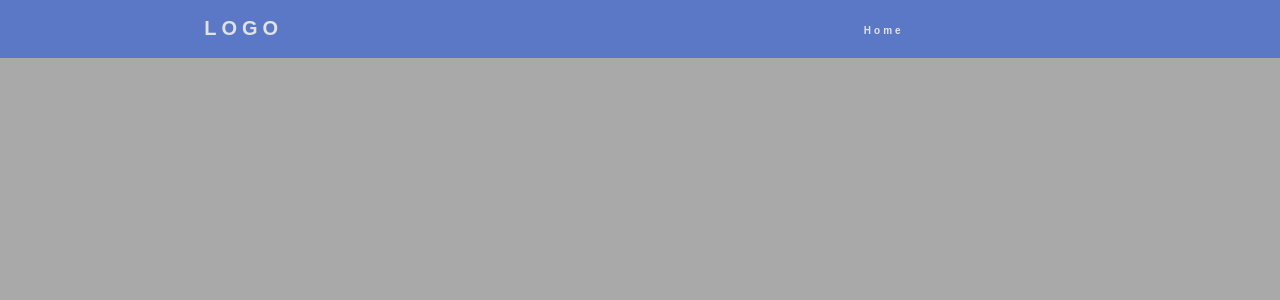
Repository: nourabdelhakam/drag-drop
Page: index.html
An editor plug-in stored every save of this project. The page is shown before and after the next save, followed by the edit.
The browser window is 1280 px wide. The pictures show the whole page.

Above is the page before, as saved 2020-07-03 06:56:17.

After the next save:
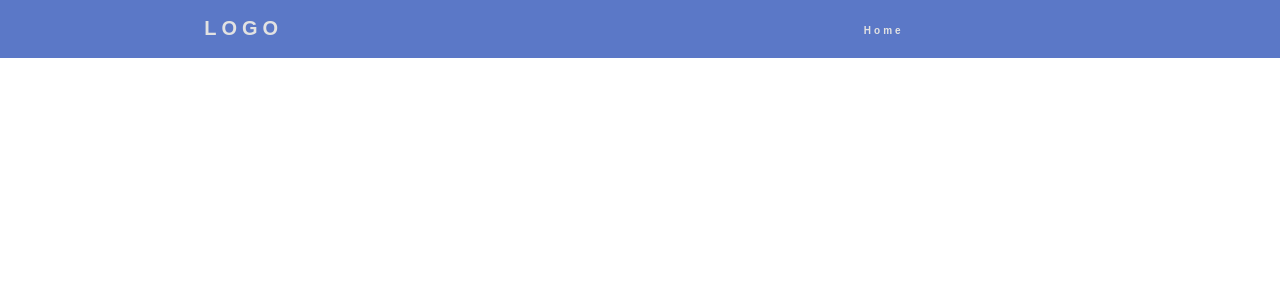
Saved 27 s later.
--- a/css/main.css
+++ b/css/main.css
@@ -5,5 +5,4 @@
 }
 body {
     font-family: Arial, Helvetica, sans-serif;
-    background-color: darkgray;
 }
